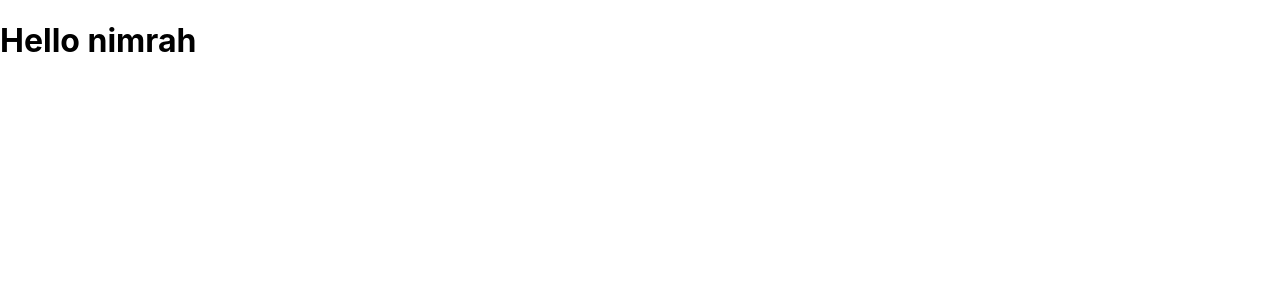
Repository: NIMRAH97/React-Strap-Test
Page: /
These files come from the project's save history. The page is drawn as it stood at one moment and after the next save; the edit follows.
The browser window is 1280 px wide. The pictures show the whole page.
The project was rebuilt for these pictures with package versions that can differ from the ones it lists, and the page was loaded fresh each time.

Above is the page before, as saved 2021-05-21 13:06:32.

### src/App.js
function App() {
  const name = 'nimrah';
  return (
    <div className="App">
      <h1>Hello {name}</h1>
    </div>
  );
}

export default App;

### src/components/Header.js
const Header = () => {
  return (
    <header>
      <h1>Task Tracker</h1>
    </header>
  )
}

export default Header

Loaded but not shown: public/index.html (common file); src/index.js (common file); src/index.css (common file); src/reportWebVitals.js (common file)

After the next save:
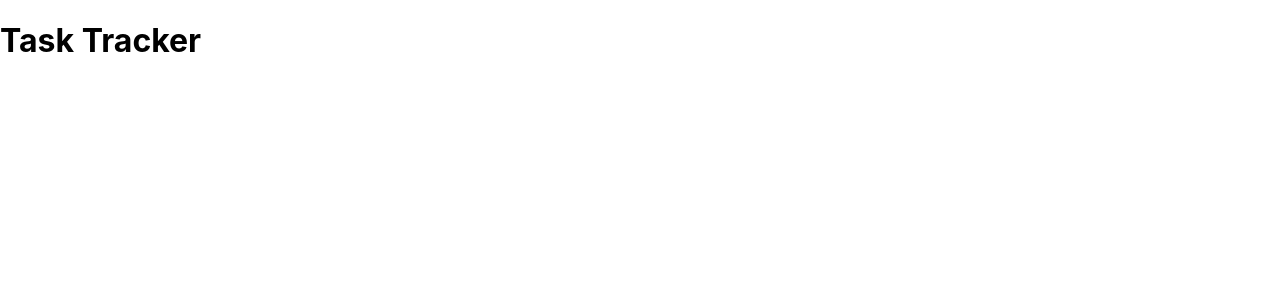
Saved 2 min 16 s later.
--- a/src/App.js
+++ b/src/App.js
@@ -1,8 +1,9 @@
+import Header from './components/Header';
 function App() {
   const name = 'nimrah';
   return (
     <div className="App">
-      <h1>Hello {name}</h1>
+      <Header />
     </div>
   );
 }
